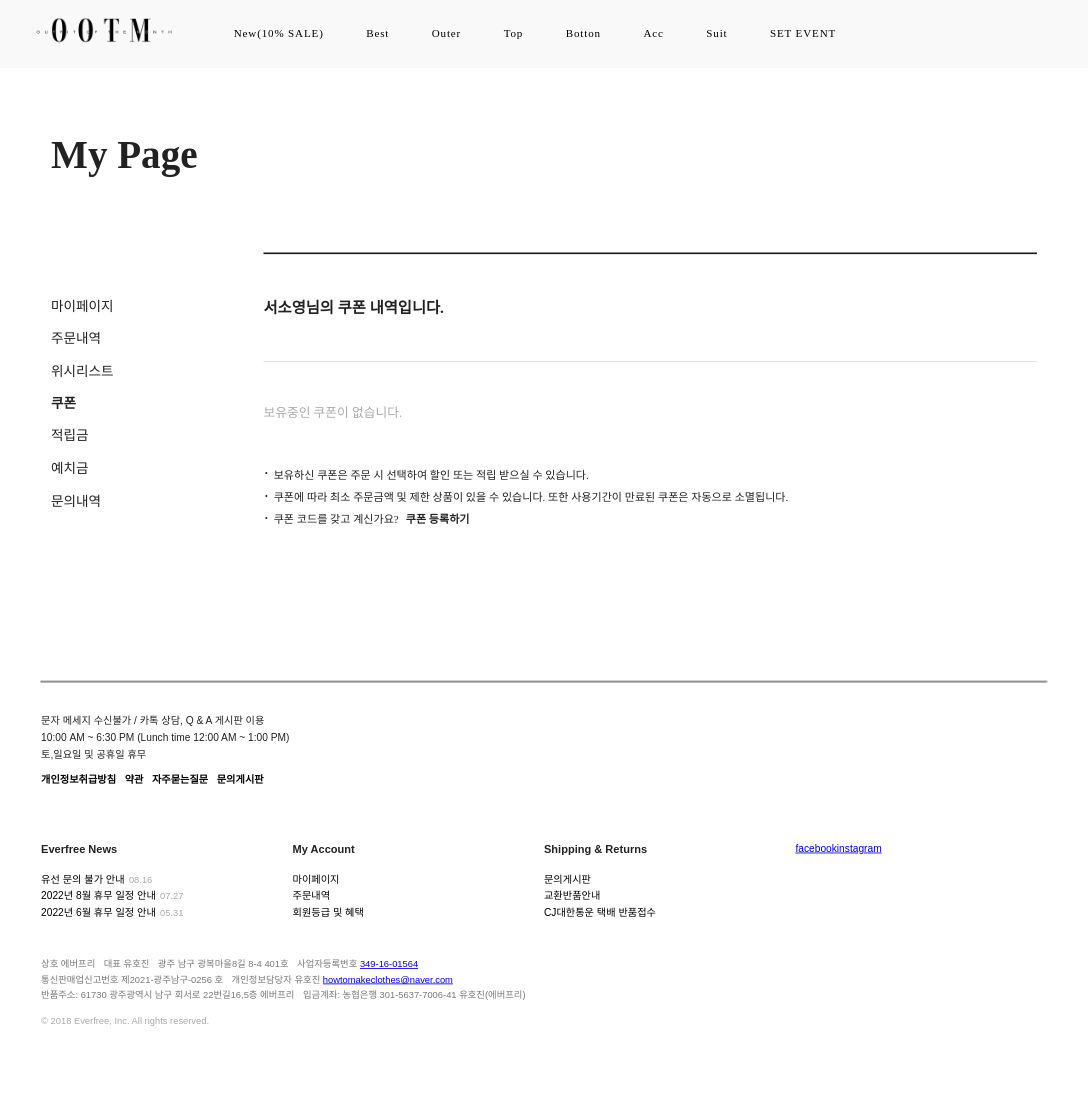
Repository: parkjunhoo/ootm
Page: http://localhost/ootm/jsp/mypage_coupon.jsp
The author's editor kept a copy of each file at every save. The page is drawn from the files as they stood at one save, then again after the next save.
The browser window is 1280 px wide. The pictures show the whole page, at 85% of full size.
The page is served by Tomcat 9. Nobody is signed in. The application's start-up code is not run.

Above is the page before, as saved 2023-04-23 14:57:49.

After the next save:
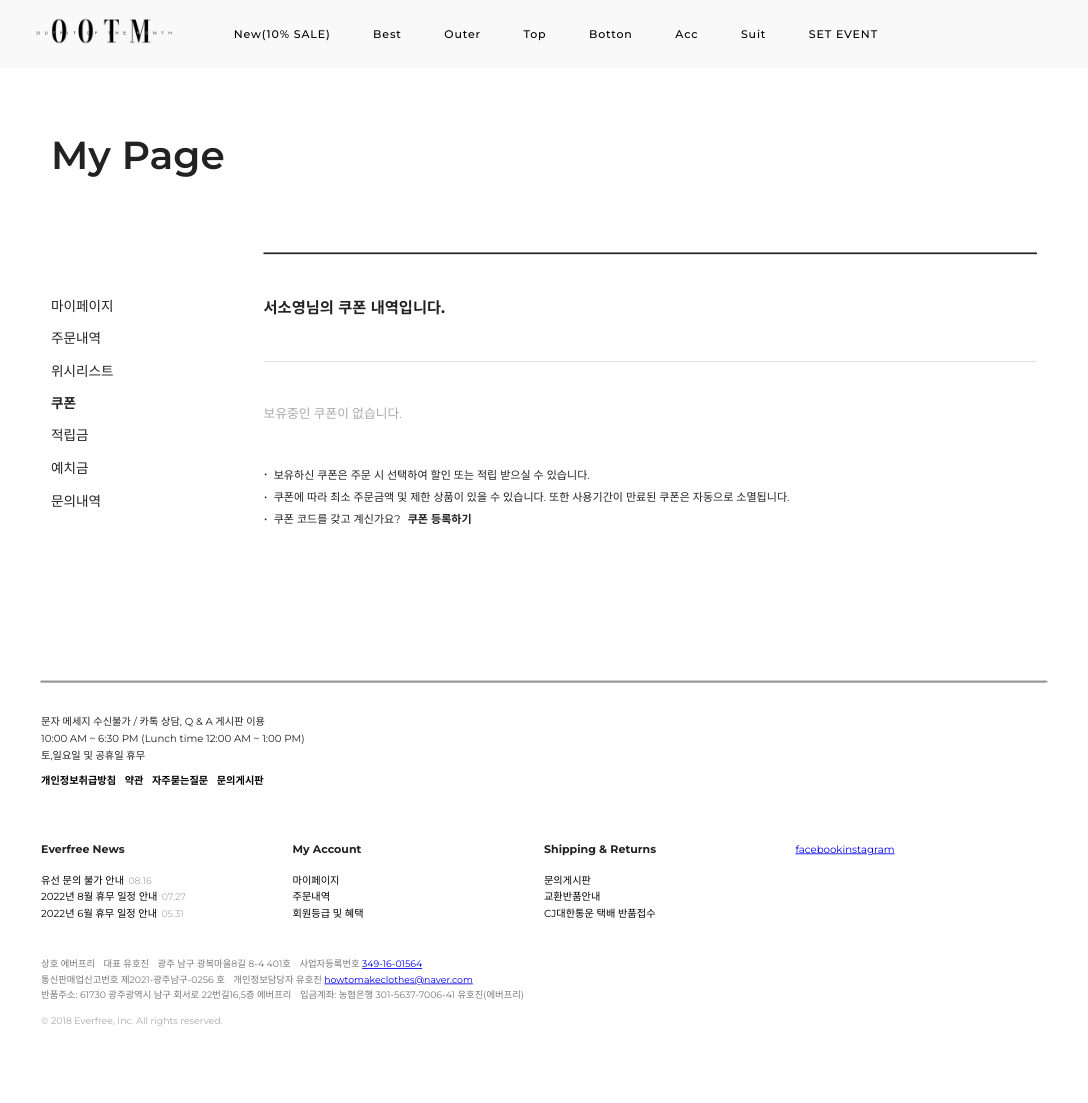
Saved 9 min 35 s later.
--- a/ootm/src/main/webapp/jsp/mypage_coupon.jsp
+++ b/ootm/src/main/webapp/jsp/mypage_coupon.jsp
@@ -5,6 +5,12 @@
 <head>
 <meta charset="UTF-8">
 <title>쿠폰 내역</title>
+
+<!-- 글꼴 -->
+        <link rel="preconnect" href="https://fonts.googleapis.com">
+        <link rel="preconnect" href="https://fonts.gstatic.com" crossorigin>
+        <link href="https://fonts.googleapis.com/css2?family=Montserrat:ital,wght@0,100;0,200;0,300;0,400;0,500;0,600;0,700;0,800;0,900;1,100;1,200;1,300;1,400;1,500;1,600;1,700;1,800;1,900&family=Noto+Sans+KR:wght@100;300;400;500;700;900&display=swap" rel="stylesheet">
+
 <link rel="icon" href="/ootm/images/favicon.ico">
 <link rel="stylesheet" href="/ootm/css/all.css" />
 <link rel="stylesheet" type="text/css"
